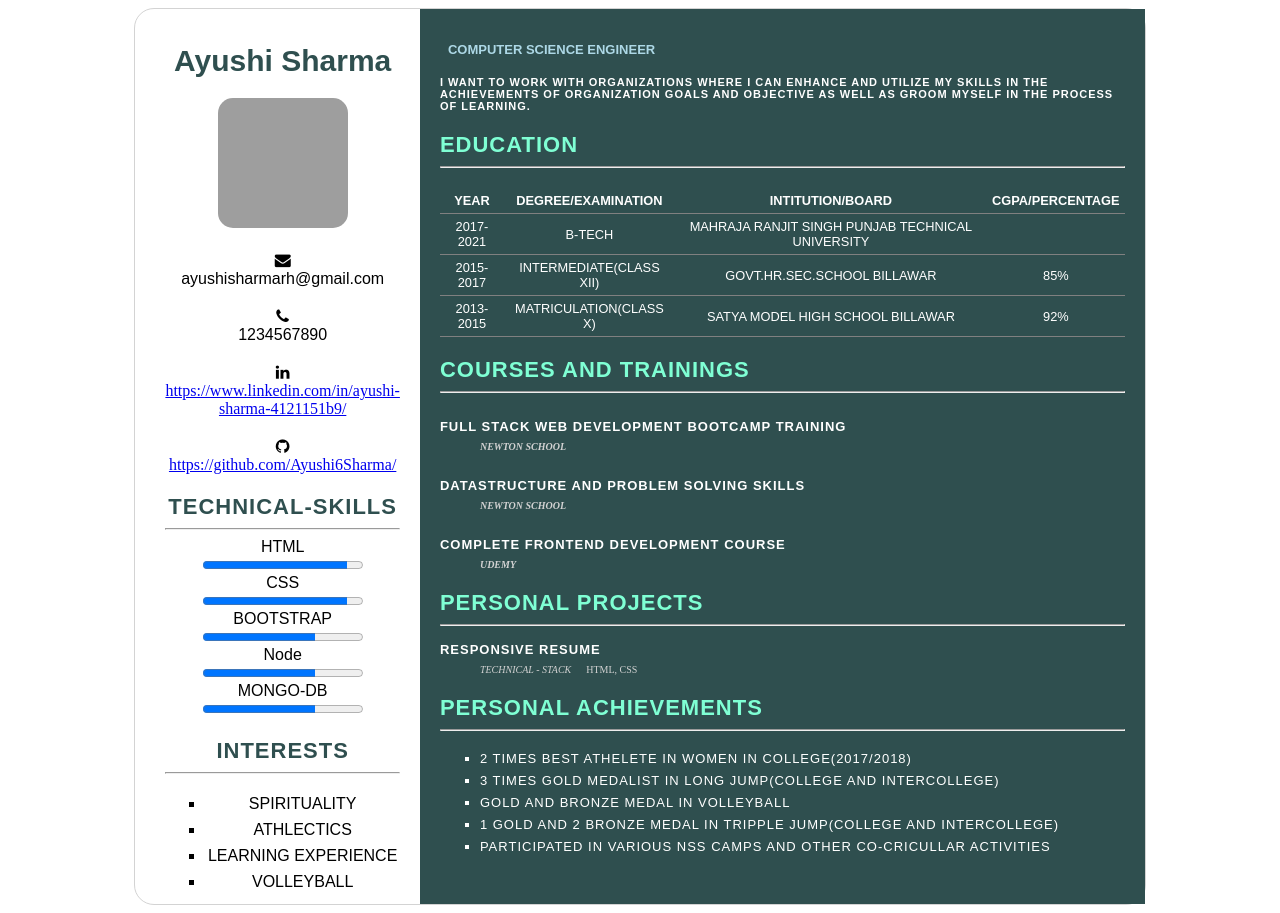
Repository: Ayushi6Sharma/Resume
Page: index.html
These files come from the project's save history. The page is drawn as it stood at one moment and after the next save; the edit follows.
The browser window is 1280 px wide. The pictures show the whole page.
Pictures or frames that could not be fetched are drawn as grey boxes.

Above is the page before, as saved 2022-05-05 00:40:56.

After the next save:
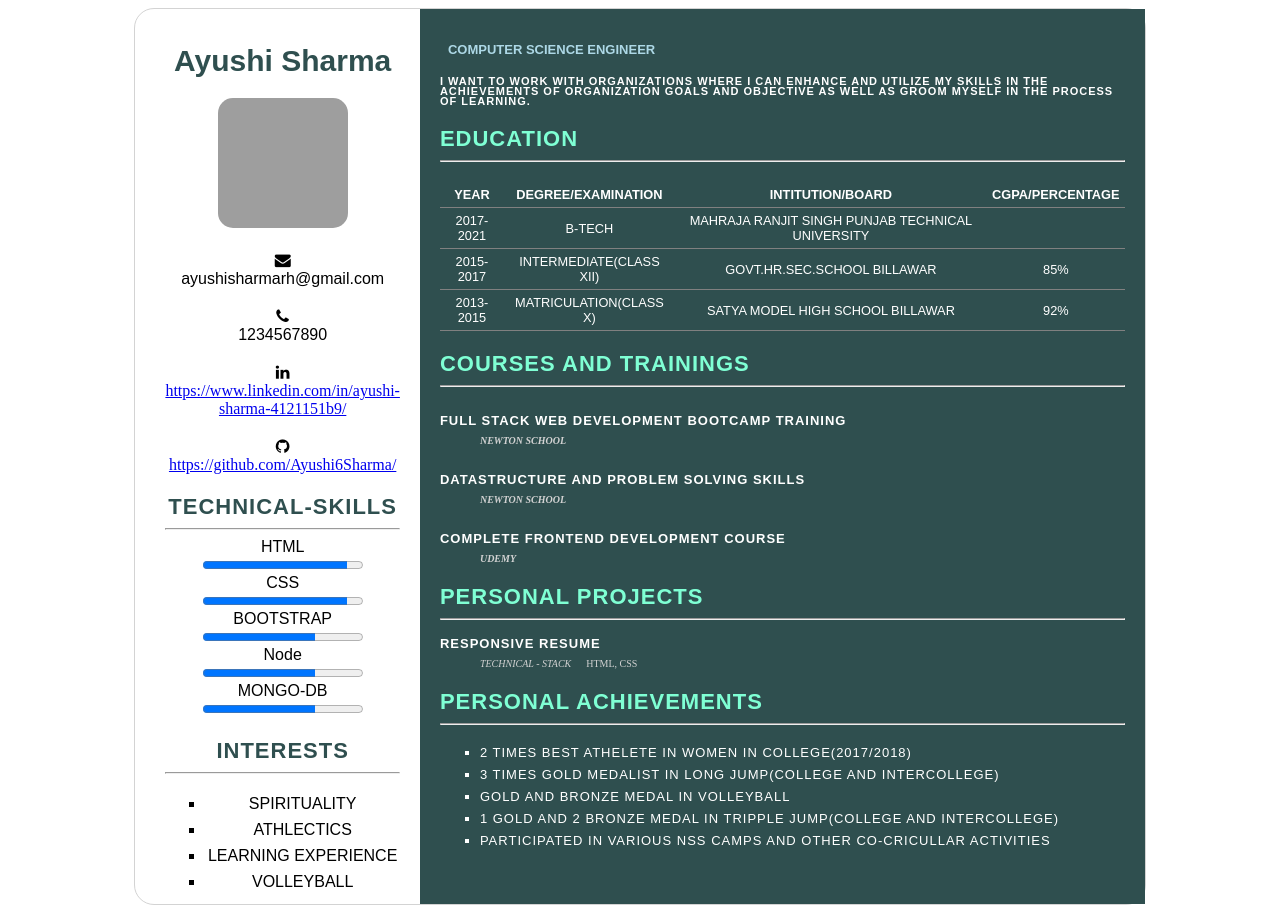
Saved 12 s later.
--- a/style.css
+++ b/style.css
@@ -104,6 +104,7 @@
     font-weight: bold;
     letter-spacing: 1px;
     color:white;
+    line-height: 10px;;
 }
 /* EDUCTAION */
 .eduction-table

After the save that followed:
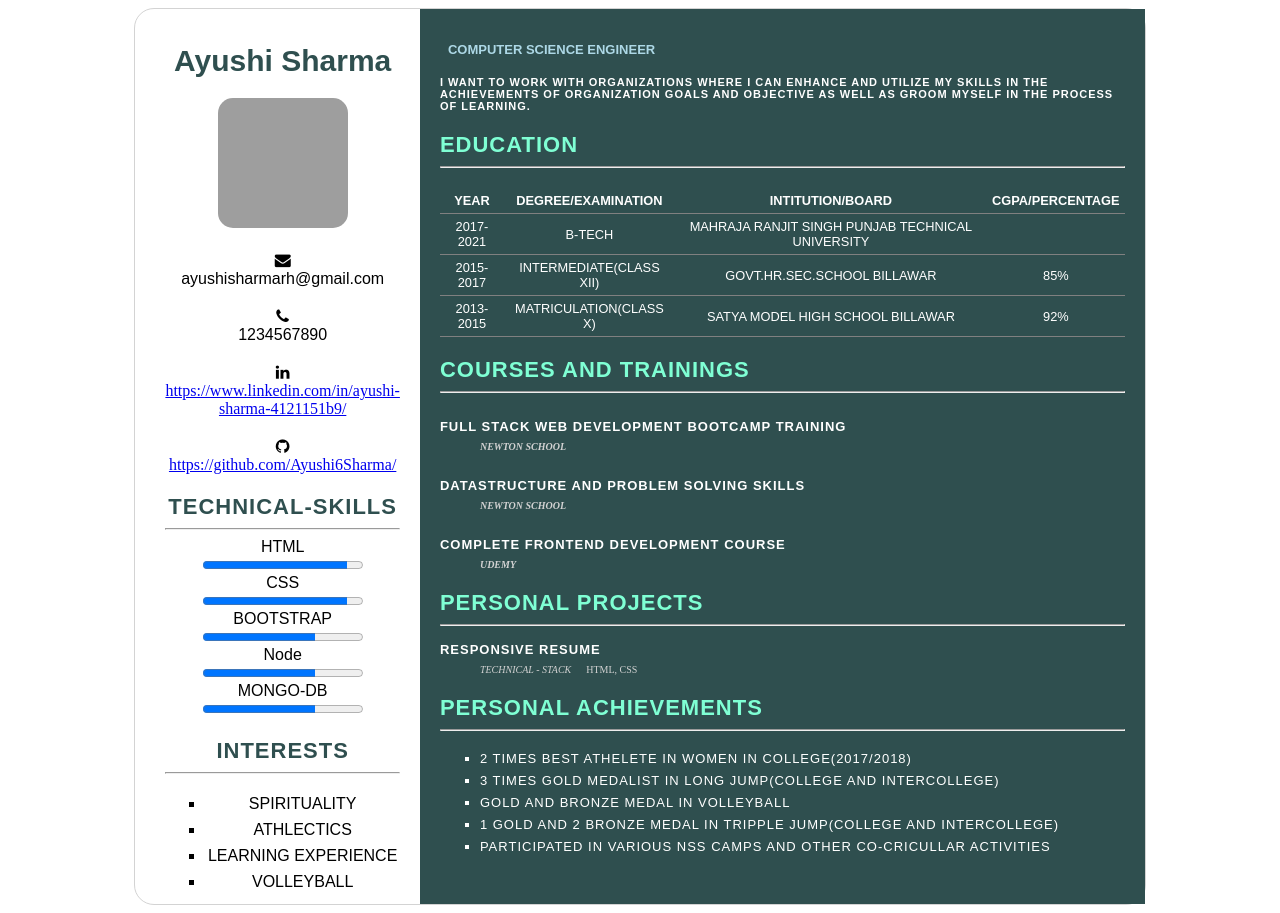
Saved 21 s later.
--- a/style.css
+++ b/style.css
@@ -104,7 +104,7 @@
     font-weight: bold;
     letter-spacing: 1px;
     color:white;
-    line-height: 10px;;
+    /* line-height: 10px; */
 }
 /* EDUCTAION */
 .eduction-table
